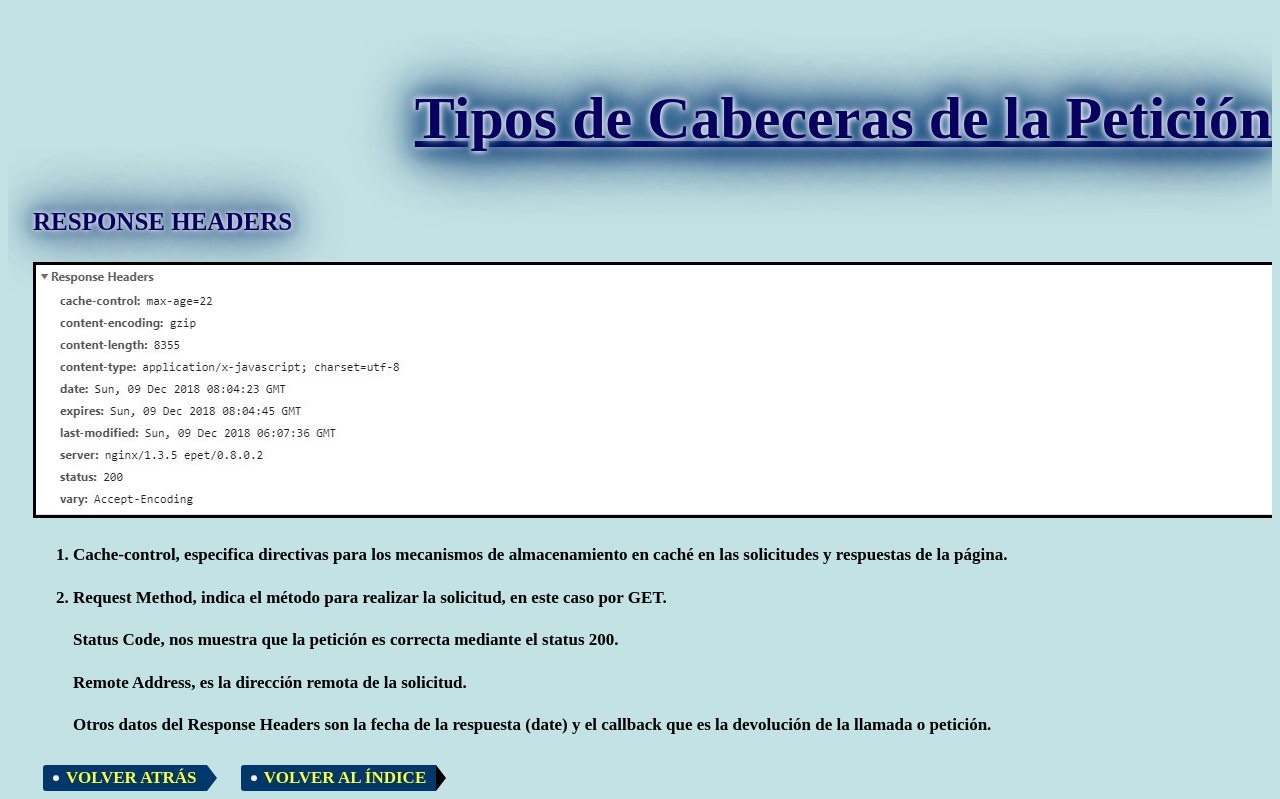
Repository: VictorinoBF97/HerramientasDesarollo
Page: responseHeaders.html
An editor plug-in stored every save of this project. The page is shown before and after a run of saves, followed by the edit.
The browser window is 1280 px wide. The pictures show the whole page.

Above is the page before, as saved 2018-12-09 09:42:30.
Not found: main.js

After the next 3 saves:
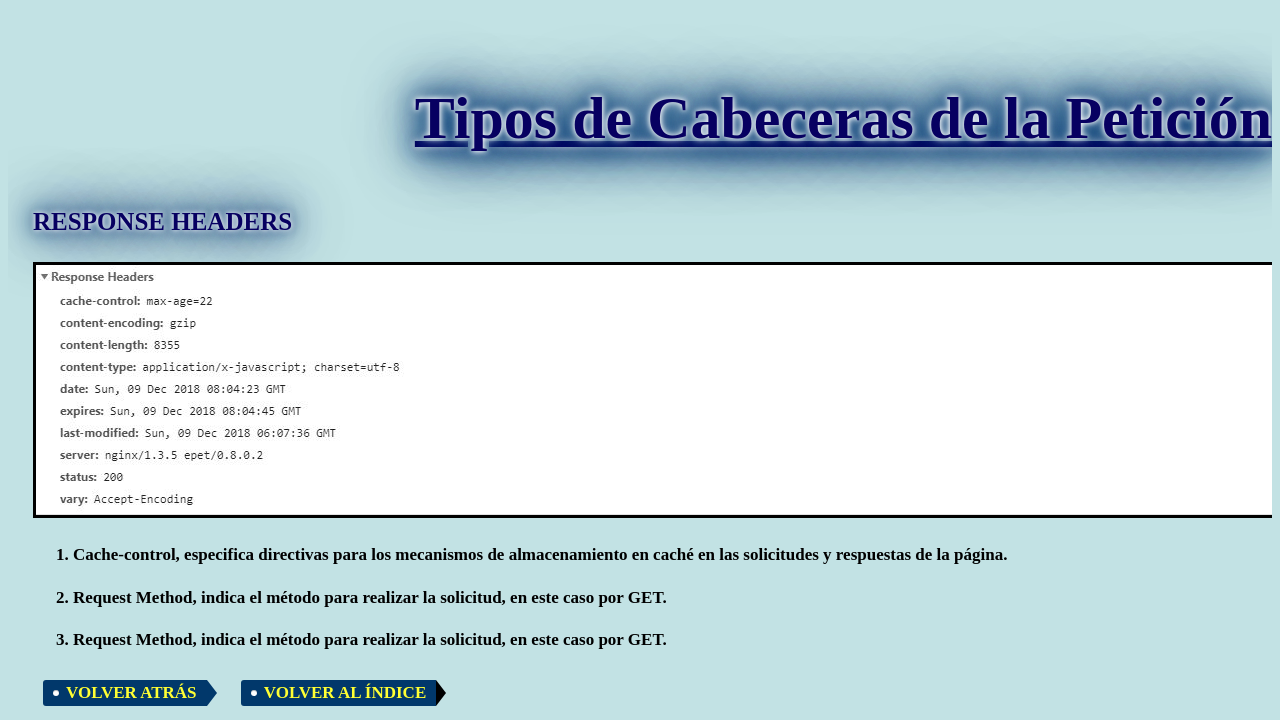
The 3 saves are shown as one change because they came seconds apart.
The last was saved 14 s later.
--- a/responseHeaders.html
+++ b/responseHeaders.html
@@ -27,9 +27,9 @@
                 <li>
                     <p><strong>Request Method</strong>, indica el método para realizar la solicitud, en este caso por GET.</p>
                 </li>
-                <p><strong>Status Code</strong>, nos muestra que la petición es correcta mediante el <b>status 200</b>.</p>
-                <p><strong>Remote Address</strong>, es la dirección remota de la solicitud.</p>
-                <p>Otros datos del <b>Response Headers</b> son la fecha de la respuesta (date) y el <strong>callback</strong> que es la devolución de la llamada o petición.</p>
+                <li>
+                    <p><strong>Request Method</strong>, indica el método para realizar la solicitud, en este caso por GET.</p>
+                </li>
                 </ol>
             </div>
 
